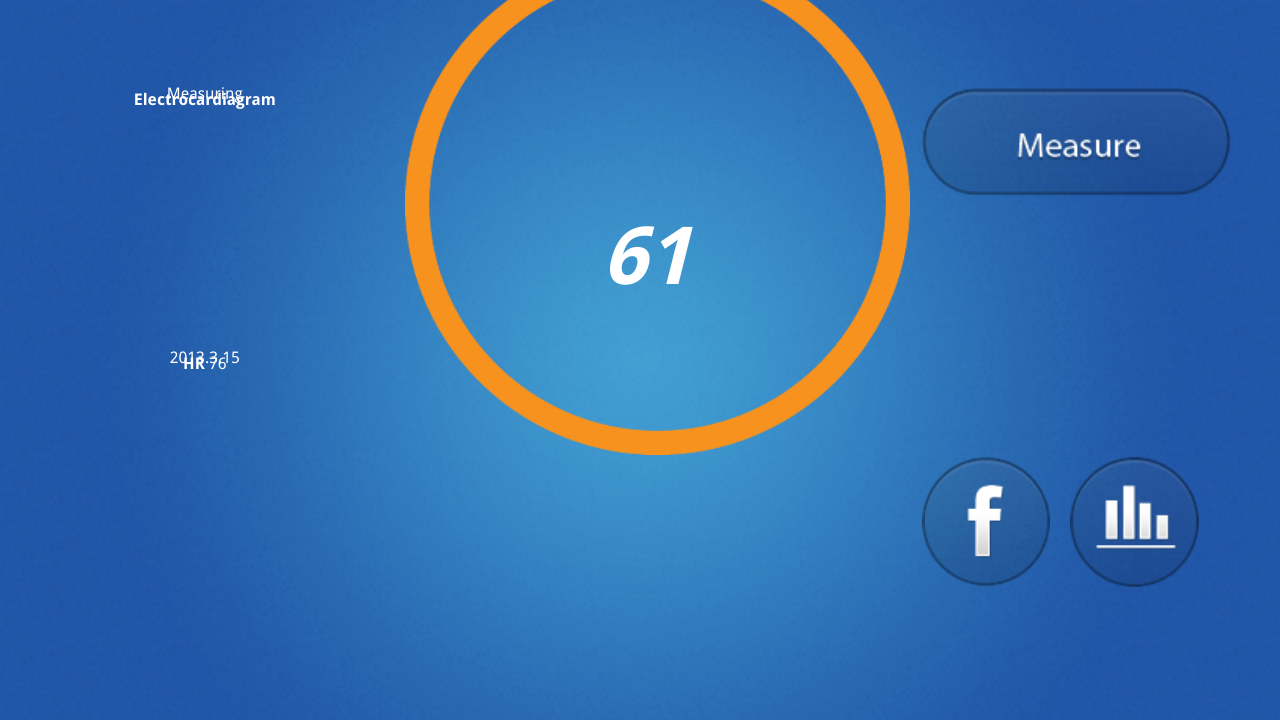
Repository: chouwill79131/IEcontest
Page: BluetoothChat/assets/complete.html
The author's editor kept a copy of each file at every save. The page is drawn from the files as they stood at one save, then again after the next save.
The browser window is 1280 px wide. The pictures show the whole page.

Above is the page before, as saved 2013-03-08 18:13:52.
Console error: TypeError: Cannot set properties of null (setting 'innerHTML')

### BluetoothChat/assets/complete.html
<html>
  <head>
    <meta http-equiv="Content-Type" content="text/html; charset=utf-8"/>
    <link href="complete.css" rel="stylesheet"/>
    <script src="jquery.js"></script>
    <script src="highcharts.js"></script>
    <script src="delay.js"></script>
    <script src="main.js"></script>
  </head>
  <body>
    <div id="main" >
    	<div class="left">
			<div class="text">
				<div class="word">Electrocardiagram</div><br />
				<div class="subword">Measuring</div><br />

				<div class="hr">HR <span id="hr">76</span></div><br />
				<div class="date">2013.3.15</div>
			</div>

		</div>

		<div class="mid">
			<div class="score">61</div>
			<img class="circle" src="button/circle.png" />
		</div>

		<div class="right">
			<button class="measure"><img src="button/Measure.png" /></button><br />
			<button class="share" ><img src="button/Share.png" /></button>
			<button class="record"><img src="button/Record.png" /></button>
		</div>




	</div>
  </body>
</html>

### BluetoothChat/assets/complete.css
@font-face {
    font-family: droidsans;
    src: url(fonts/droidsans.ttf);
}

@font-face {
    font-family: DroidSans-Bold;
    src: url(fonts/DroidSans-Bold.ttf);
}

body { margin:0; padding:0;}
#main { width: auto; height: 100%; background-image: url(button/background.png); background-size: 100% 100%; }
.left, .mid, .right {float: left; height: 100%; }


.left {  width: 28%; padding-left:2%;}
.text, .hr , .date{ text-align: center; color:white;}
.word { margin-top: 25%;  font-family: DroidSans-Bold ; }
.subword, .date { margin-top:-12%; font-family: droidsans ;}
.hr {  margin-top: 65%;  font-family: DroidSans-Bold ;}
.date { font-family: droidsans ;}
#hr { font-family: droidsans ;}

.mid { width: 41%; }
.circle { width: auto; height:70%; margin-left: 4%; }
.score { color:white ; z-index: 1; text-align:center; margin-top:40% ; font-family: DroidSans-Bold;font-style: italic; ;font-size: 60pt;}
.circle { margin-top: -67%; z-index: 2; }

.right { width: 29%; }
.right button { float: left; border: none; background: transparent; }
.measure img {margin-top: 10%; width: auto;  height:15%; }
.share img, .record img { width: auto;  height:18%; }
.measure { margin-left: 2%; margin-top: 15%; }
.share, .record { background: red;margin-top: 70%; margin-left: 2%; }


<!--
border? font? .record_top
-->

### BluetoothChat/assets/delay.js

$(function(){
setTimeout(function(){
$.getScript("dy_chart.js");
},200)
})

### BluetoothChat/assets/main.js
var chart;
var step = 0.01;	//step0.008每秒125點	//0.005極限
var xstart = step;
var hr = "--";
var score = "--";
var index;
$(document).ready(function ready() {

    var s = "";
    var theDate = new Date();
    s += theDate.getYear()+1900 + ".";                //  年
    s += (theDate.getMonth() + 1) + ".";				// 月
    s += theDate.getDate(); 							// 日
    document.getElementById("date").innerHTML = s;
    index = document.getElementById("main").innerHTML; //保留首頁

    $(".measure").live("click", function() {
      measure();
    }); //click .measure


}); //(document).ready

function shared(){
	view1 = document.getElementById("rhythm").innerHTML;
	document.getElementById("rhythm").innerHTML = view1+'<img class="stop" src="button/complete.png" style="width:100%; margin-top: -50% ;z-index:5;position: relative;" />';
	$("#main").live("click", function() {
      document.getElementById("rhythm").innerHTML = view1;
    });
}

function complete(hr1,score1){
  hr = hr1;
  score = score1;
  view = document.getElementById("dy_chart").innerHTML;
  document.getElementById("dy_chart").innerHTML = view+'<img class="stop" src="button/Completed.png" style="width:50%; margin: -20% 0% 0% 25%; z-index:2;position: relative;" />';
  $(".stop").html('<img src="button/Continue.png" />');
}

function addSomething(a) {
  for (var i in a){
    chart.series[0].addPoint([xstart,a[i]],false,true);
    xstart += step;
  }
  chart.redraw();
}

function history(history){
	view2 = document.getElementById("main").innerHTML;
    $("#main").html(
    '<div class="main1">'+
	'<div class="contain">'+
	'<div id="dy_chart" style="z-index:1;position: relative;"></div>'+
	'</div>'+
	'<div id="foot">'+
	'<button class="stop">'+
	'<img src="button/Back.png" />'+
	'</button>'+
	'</div>'+
    '</div>'
    );

    Highcharts.setOptions({
      global: {
	useUTC: true
      }
    });

    hischart = new Highcharts.Chart({
      chart: {
		renderTo: 'dy_chart',
		backgroundColor: 'transparent',
		type: 'line',
      },
      title: {
		style:{ color: '#FFFFFF'},
		text: 'Measure history',
      },
      credits: {			// highchart.com
		enabled:false
      },
      legend: {  			// 線的標示
        enabled: false
      },
      xAxis: {
      	type: 'datetime',
		dateTimeLabelFormats: { // don't display the dummy year
	  		month: '%e. %b',
	  		year: '%b'
		},
		lineColor: '#FFFFFF',
		labels: {
	  		style: {
				color: '#FFFFFF',
			}
		}
	  },
	  yAxis: {
	    title: {text: 'Feeling',
	    			style: {
						color: '#FFFFFF',
					}
				},
	  	gridLineColor: '#FFFFFF',
	  	labels: {
	  		style: {
				color: '#FFFFFF',
			}
		}
	  },
	  plotOptions: {
                line: {
                    dataLabels: {
                        enabled: true,
                        color: '#FFFFFF',
                    },
                    enableMouseTracking: true,
                }
      },
	series: [{
	  name: 'measure history',
	  color: '#FFFFFF',
	  data: history
	}],
    });

    $(".stop").live("click", function(){
 //     hr = "--";
      $(".main1").html(view2);
 //     document.getElementById("hr").innerHTML = hr;
    });
};// .record click

function measure(){
	xstart = 0.01;
	$("#main").html('<div class="main1">'+
		'<div class="contain">'+
		'<div id="dy_chart" style="z-index:1;position: relative;"></div>'+
		'</div>'+
		'<div id="foot">'+
		'<button class="stop" onclick="window.MyHandler.disconnect()">'+
		'<img src="button/Stop.png" />'+
		'</button>'+
		'</div>'+
      	'</div>');
    Highcharts.setOptions({
      global: {useUTC: true }
    });
    chart = new Highcharts.Chart({
      chart: {
		renderTo: 'dy_chart',
		backgroundColor: 'transparent',
		type: 'spline',
		marginRight: 10,
      },
      credits: {enabled:false},
      title: {
		style:{ color: '#FFFFFF'},
		text: 'Electrondiagram',
      },
      xAxis: {
		type: 'x Axis',
		style:{ color: '#FFFFFF'},
		tickPixelInterval: 100,
		lineColor: '#FFFFFF',
		labels: {style: {color: '#FFFFFF'}},
      },
      yAxis: {
      	title: {
      		text: 'Score',
      		style: {color: '#FFFFFF'}},
	  		gridLineColor: '#FFFFFF',
	  		labels: {style: {color: '#FFFFFF'}},
			//max:1500,
			//min:0,
			title: {
	  			style:{ color: '#FFFFFF'},
	  			text: 'PPG'
	  		},
			plotLines: [{value: 0,width: 1}]
      	},
      	legend: {enabled: false},
      	exporting: {enabled: false},
      	plotOptions: {
			spline: {
	  			lineWidth: 1,
	  			states: {
	    			hover: {
	      				enabled: false,
	      				lineWidth: 2
	    			}
	  			},
	  		marker: {
	    		enabled: false,
	    		states: {
	      			hover: {
						enabled: false,
	      			}
	    		}
	  		},
		}
      }, // yAxis
      series: [{
		name: 'Data',
		color: '#FFFFFF',
		data: (function() {
	  		var data = [];
	  		var step = 0.01;	//step0.008每秒125點	//0.005極限
			var xstart = step;
	  		for (var i = -4; i <= xstart; i+=step){data.push({x: i,y: 0 });}
	  		return data;
		})()
		}]
    }); //Highcharts

    hr = '--';
    score = '--';
    $(".stop").live("click",function() {
      $(".main1").html(index);
      document.getElementById("hr").innerHTML = hr;
      document.getElementById("rhythm").innerHTML = '<div id="score">'+score+'</div><img class="circle" src="button/circle.png" />';
    }); //click .stop
}

### BluetoothChat/assets/dy_chart.js
var chart;
var step = 0.01;	//step0.008每秒125點	//0.005極限
var xstart = step;
//a = Math.random();
var hr = 15;
var score = 80;
function complete(hr1,score1){
	hr = hr1;
	score = score1;
	view = document.getElementById("dy_chart").innerHTML;
	document.getElementById("dy_chart").innerHTML = view+'<img class="stop" src="button/60.png" style="width:50%; margin: -20% 0% 0% 25%; z-index:2;position: relative;" /><br />'+hr+',<br />'+score;
}

function addSomething(a) {
//	setInterval(function() {        			 // for testing feq
	for (var i in a){
		chart.series[0].addPoint([xstart,a[i]],false,true);
		xstart += step;
	}

	/**
	chart.series[0].addPoint([xstart,a],false,true);
	xstart += step;
	**/

	chart.redraw();
//	}, 1000);									// for testing feq
}



$(function () {
	$(".stop").click(function() {
	$(".main1").html('  <div id="main" >'+
    	'<div class="left">'+
			'<div class="text">'+
				'<div class="word">Electrocardiagram</div><br />'+
				'<div class="subword">Measuring</div><br />'+
				'<div class="hr">HR <span id="hr"></span></div>'+
				'<div id="date"></div>'+
			'</div>'+
		'</div>'+
		'<div class="mid" id="mid">'+
			'<div class="score">84</div>'+
			'<img class="circle" src="button/circle.png" />'+
		'</div>'+
		'<div class="right">'+
			'<button class="measure"><img src="button/Measure.png" /></button><br />'+
			'<button class="share" ><img src="button/Share.png" /></button>'+
			'<button class="record"><img src="button/Record.png" /></button>'+
		'</div>'+
	'</div>');
 // 		window.location.href = "complete.html";
	});
    $(document).ready(function() {
        Highcharts.setOptions({
            global: {
                useUTC: false
            }
        });

        chart = new Highcharts.Chart({
            chart: {
                renderTo: 'dy_chart',
                backgroundColor: 'transparent',
                type: 'spline',
                marginRight: 10,
            },
            credits: {
            enabled:false
            }
            ,
            title: {
            	style:{ color: '#FFFFFF'},
                text: 'Electrondiagram',
            },
            xAxis: {
                type: 'x Axis',
                style:{ color: '#FFFFFF'},
                tickPixelInterval: 150
            },
            yAxis: {
            	max:1500,
            	min:0,
                title: {
                	style:{ color: '#FFFFFF'},
                    text: 'Value'
                },
                plotLines: [{
                    value: 0,
                    width: 1,
                }]
            },

            legend: {
                enabled: false
            },
            exporting: {
                enabled: false
            },
	    plotOptions: {
                spline: {
                   lineWidth: 1,
                   states: {
                       hover: {
                       	enabled: false,
                        lineWidth: 2
                       }
                   },
                   marker: {
                      enabled: false,
                      states: {
                          hover: {
                             enabled: false,
                          }
                      }
                  },
               }
            },
            series: [{
                name: 'Data',
                color: '#FFFFFF',
                data: (function() {
                    // generate an array of random data
                    var data = [],
                        time = (new Date()).getTime(),i;

                    for (i = -4; i <= xstart; i+=step) {
                        data.push({
                            x: i,
                            y: 0
                        });
                    }
                    return data;
                })()
            }]
        });
    });
});

Loaded but not shown: BluetoothChat/assets/jquery.js (library); BluetoothChat/assets/highcharts.js (library)

After the next save:
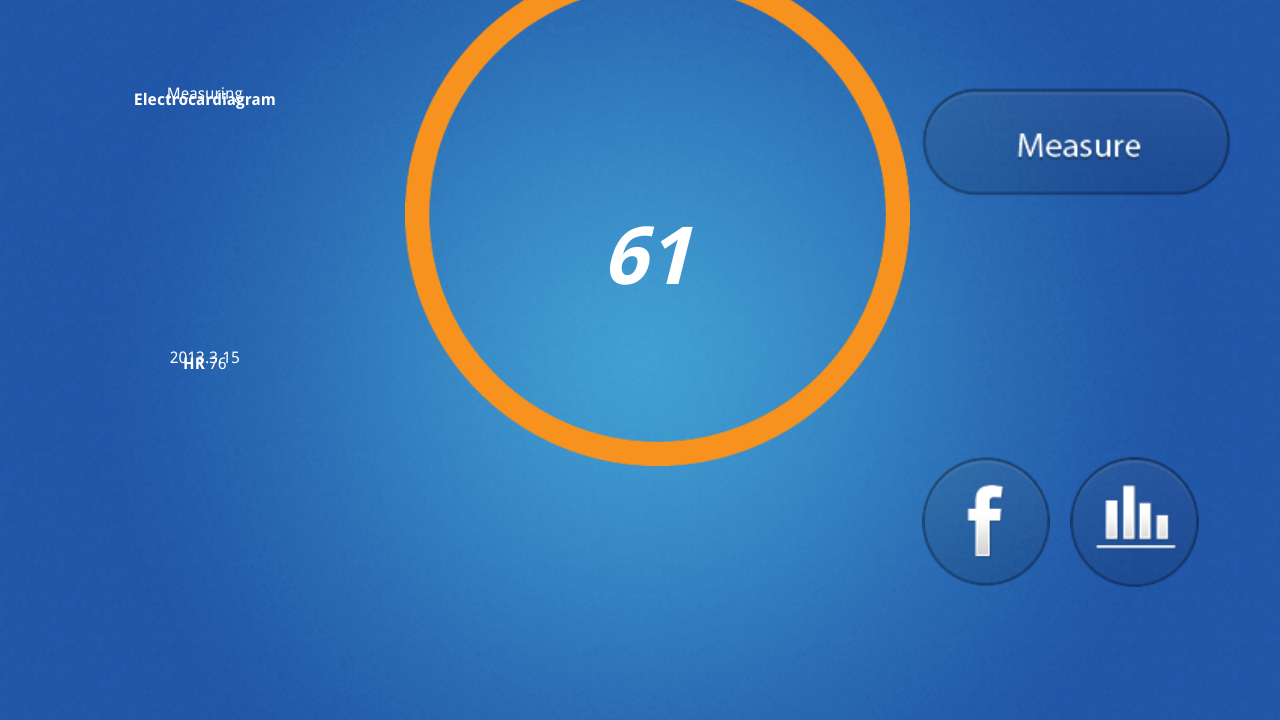
Saved 60 s later.
--- a/BluetoothChat/assets/complete.css
+++ b/BluetoothChat/assets/complete.css
@@ -24,7 +24,7 @@ body { margin:0; padding:0;}
 .mid { width: 41%; }
 .circle { width: auto; height:70%; margin-left: 4%; }
 .score { color:white ; z-index: 1; text-align:center; margin-top:40% ; font-family: DroidSans-Bold;font-style: italic; ;font-size: 60pt;}
-.circle { margin-top: -67%; z-index: 2; }
+.circle { margin-left:4% ; margin-top: -65%; z-index: 2; }
 
 .right { width: 29%; }
 .right button { float: left; border: none; background: transparent; }
